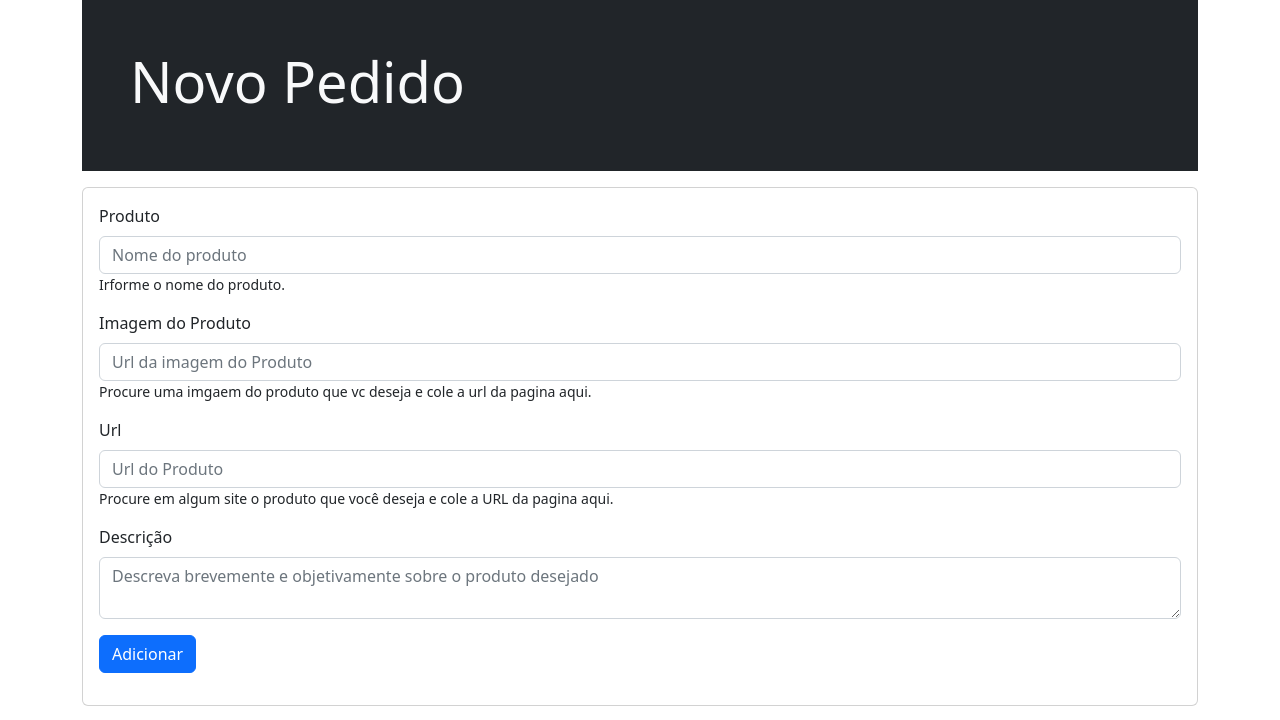
Repository: phfernands/projeto-curso-spring-mvc
Page: http://localhost/pedido/formulario
An editor plug-in stored every save of this project. The page is shown before and after the next save, followed by the edit.
The browser window is 1280 px wide. The pictures show the whole page.
The page is this project's Thymeleaf template; nobody is signed in. The template is opened directly, without the code that normally fills it, so the values that code supplies are empty.

Above is the page before, as saved 2022-08-02 03:14:37.

### mudi/src/main/resources/templates/pedido/formulario.html
<html>
	<head>
		<meta charset="UTF-8"/>
		<link rel="stylesheet" href="https://cdn.jsdelivr.net/npm/bootstrap@5.2.0/dist/css/bootstrap.min.css"/>
	</head>

	<body>
		<div class="container">
			<div class="container-fluid bg-dark text-light p-5">
				<h1 class="display-4">Novo Pedido</h1>
			</div>
			<div class="card mt-3">
				<form th:object="${requisicaoNovoPedido}" class="card-body" action="/pedido/novo" method="POST">
					<div class="mb-3">
						<label for="nomeProduto" class="form-label">Produto</label>
						<input th:field="*{nomeProduto}" th:errorclass="is-invalid" class="form-control" placeholder="Nome do produto"/>
						<small>Irforme o nome do produto.</small>
						<div class="invalid-feedback" th:errors="*{nomeProduto}">Erro do nome do produto</div>
					</div>
					<div class="mb-3">
						<label for="urlImagem" class="form-label">Imagem do Produto</label>
						<input th:field="*{urlImagem}" th:errorclass="is-invalid" class="form-control" placeholder="Url da imagem do Produto"/>
						<small>Procure uma imgaem do produto que vc deseja e cole a url da pagina aqui.</small>
						<div class="invalid-feedback" th:errors="*{urlImagem}">Erro da imagem</div>
					</div>
					<div class="mb-3">
						<label for="urlDoProduto" class="form-label">Url</label>
						<input th:field="*{urlDoProduto}" th:errorclass="is-invalid" class="form-control" placeholder="Url do Produto"/>
						<small>Procure em algum site o produto que você deseja e cole a URL da pagina aqui.</small>
						<div class="invalid-feedback" th:errors="*{urlDoProduto}">Erro da url do produto</div>
					</div>
					<div class="mb-3">
						<label for="descricao" class="form-label">Descrição</label>
						<textarea th:field="*{descricao}" class="form-control" placeholder="Descreva brevemente e objetivamente sobre o produto desejado"></textarea>
					</div>
					<button type="submit" class="btn btn-primary">Adicionar</button>
				</form>
			</div>
		</div>
	</body>
</html>

After the next save:
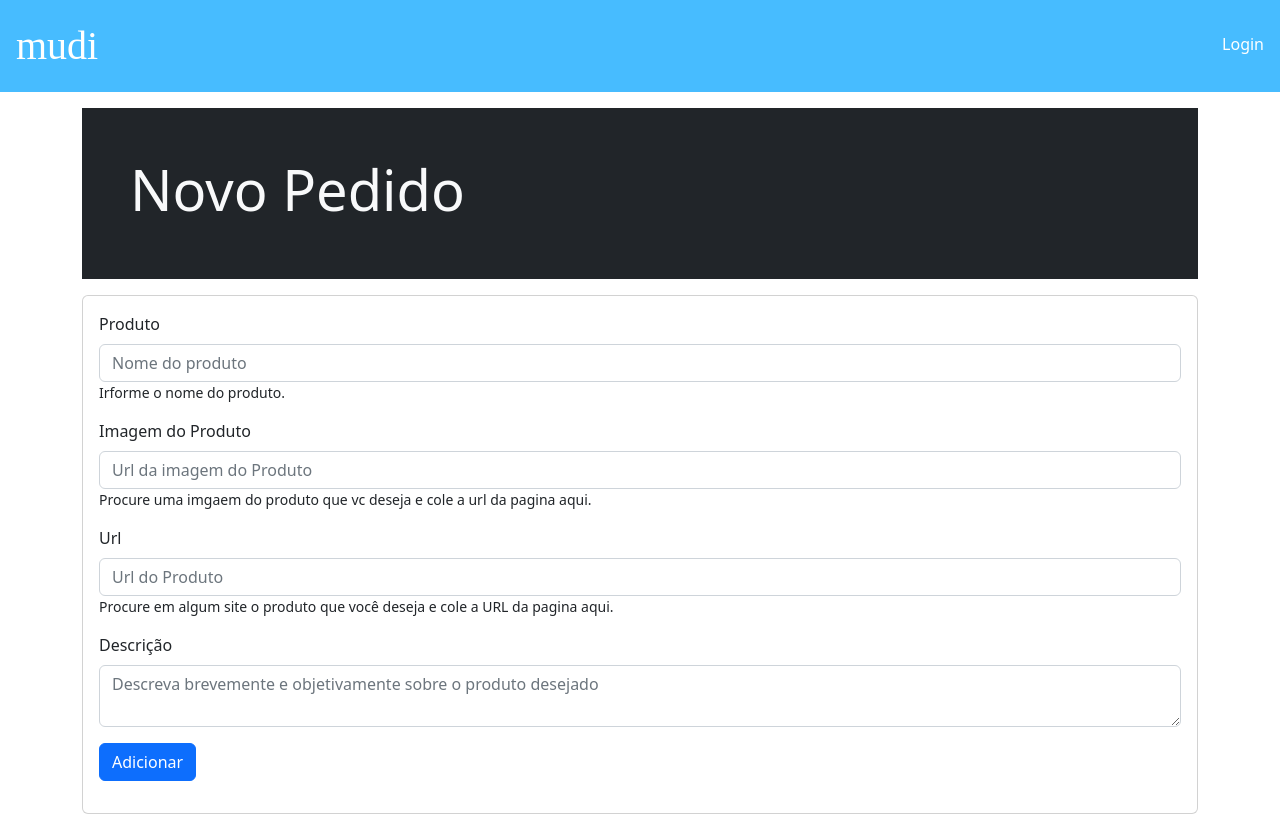
Saved 4 min 49 s later.
--- a/mudi/src/main/resources/templates/pedido/formulario.html
+++ b/mudi/src/main/resources/templates/pedido/formulario.html
@@ -2,9 +2,24 @@
 	<head>
 		<meta charset="UTF-8"/>
 		<link rel="stylesheet" href="https://cdn.jsdelivr.net/npm/bootstrap@5.2.0/dist/css/bootstrap.min.css"/>
+		<style>
+			.logo-container {
+				background-color: #47bcff;
+				color: #fff;
+			}
+
+			.logo {
+				font-family: 'Handlee', cursive;
+				font-size: 2.5rem;
+			}
+		</style>
 	</head>
 
 	<body>
+		<div class="logo-container mb-3 p-3 d-flex justify-content-between">
+			<span class="logo">mudi</span>
+			<span class="mt-3">Login</span>
+		</div>
 		<div class="container">
 			<div class="container-fluid bg-dark text-light p-5">
 				<h1 class="display-4">Novo Pedido</h1>
